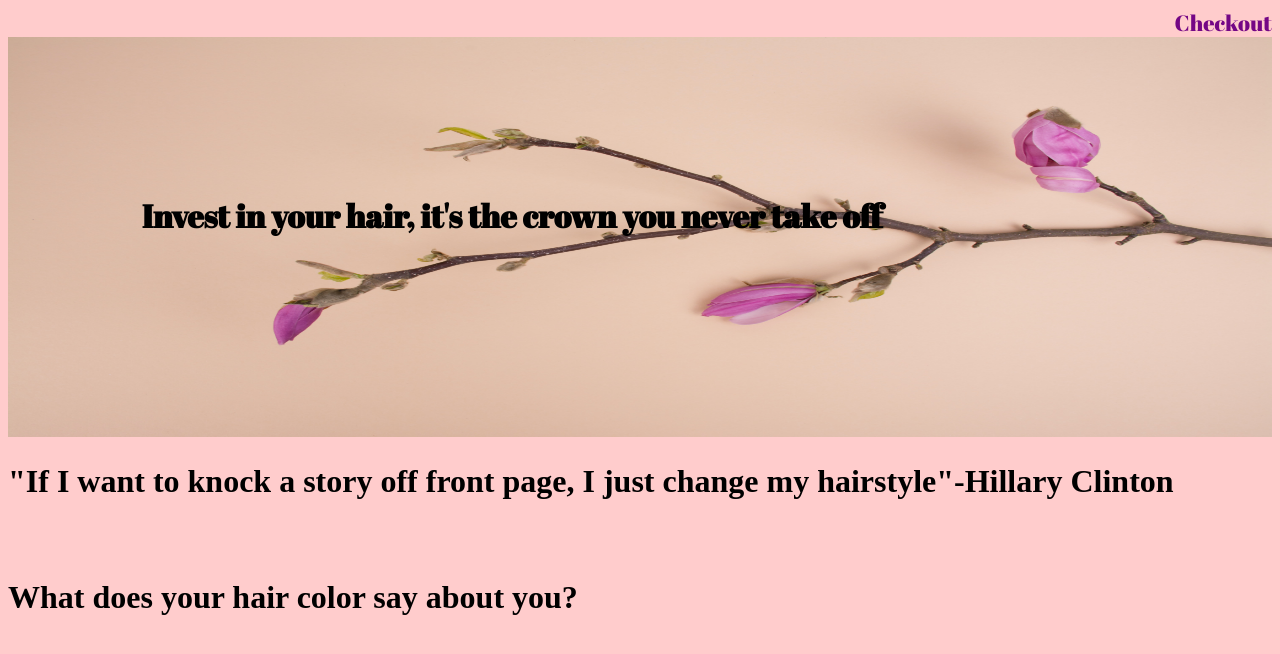
Repository: aarushi-07/Hair-and-Spa-booking-system
Page: http://localhost/salon/WEB-INF/jsp/hair.jsp
An editor plug-in stored every save of this project. The page is shown before and after a run of saves, followed by the edit.
The browser window is 1280 px wide. The pictures show the whole page.
The page is served by Tomcat 9. Nobody is signed in. The template is opened directly, without the code that normally fills it, so the values that code supplies are empty.

Above is the page before, as saved 2020-07-10 07:51:04.

After the next 2 saves:
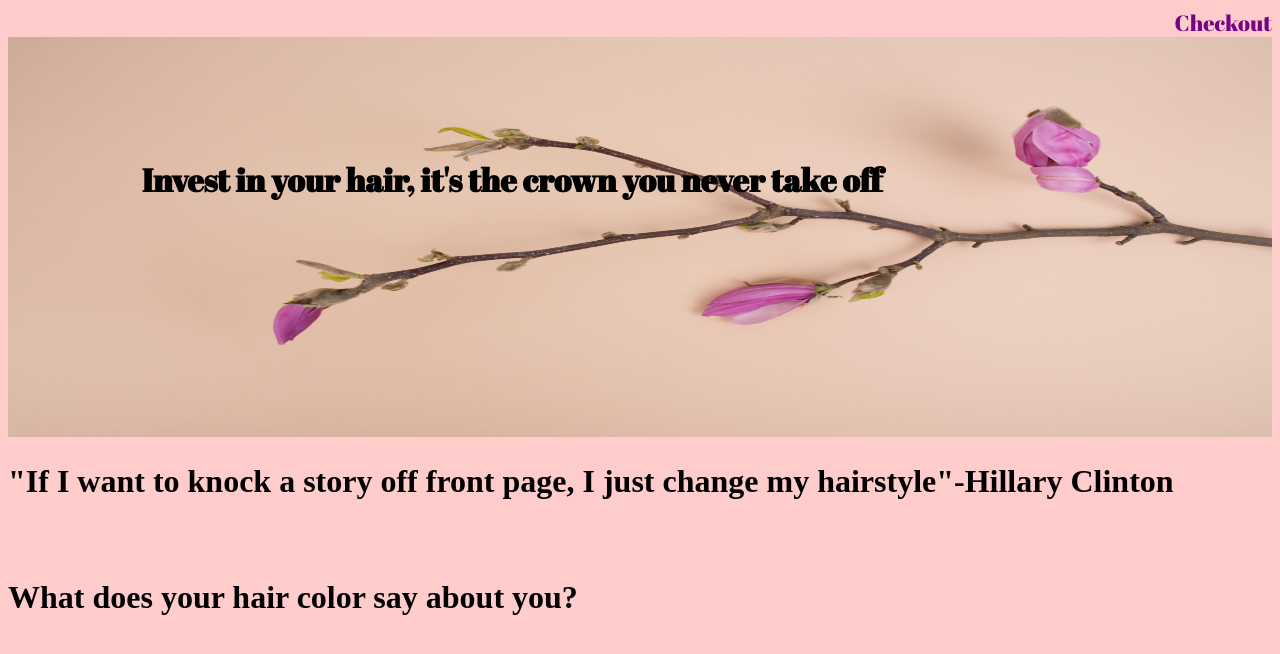
The 2 saves are shown as one change because they came seconds apart.
The last was saved 38 s later.
--- a/salon/src/main/webapp/resources/css/all.css
+++ b/salon/src/main/webapp/resources/css/all.css
@@ -61,7 +61,7 @@ body {
 }
 .centeredHair {
   position: absolute;
-  top: 30%;
+  top: 25%;
   left: 40%;
   transform: translate(-50%, -50%);
 }
